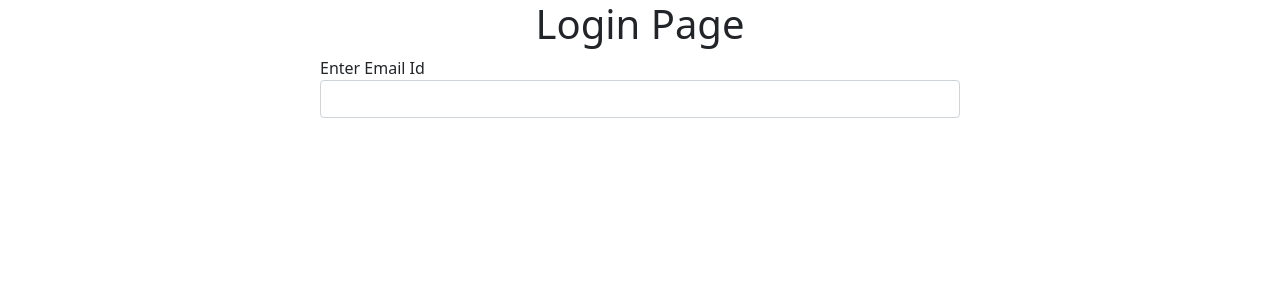
Repository: becoderpavy/servlet_tutorials
Page: 3_RequestDispatch_Example/src/main/webapp/login.html
These files come from the project's save history. The page is drawn as it stood at one moment and after the next save; the edit follows.
The browser window is 1280 px wide. The pictures show the whole page.

Above is the page before, as saved 2023-06-09 16:42:23.

### 3_RequestDispatch_Example/src/main/webapp/login.html
<!DOCTYPE html>
<html>
<head>
<meta charset="ISO-8859-1">
<title>Insert title here</title>
<link
	href="https://cdn.jsdelivr.net/npm/bootstrap@5.0.2/dist/css/bootstrap.min.css"
	rel="stylesheet"
	integrity="sha384-EVSTQN3/azprG1Anm3QDgpJLIm9Nao0Yz1ztcQTwFspd3yD65VohhpuuCOmLASjC"
	crossorigin="anonymous">
</head>
<body>
	<h1 class="text-center">Login Page</h1>
	<div class=" col-md-6 offset-md-3">
		<form>
			<label>Enter Email Id</label> <input type="text" name="email"
				class="form-control">
		</form>

	</div>
</body>
</html>

After the next save:
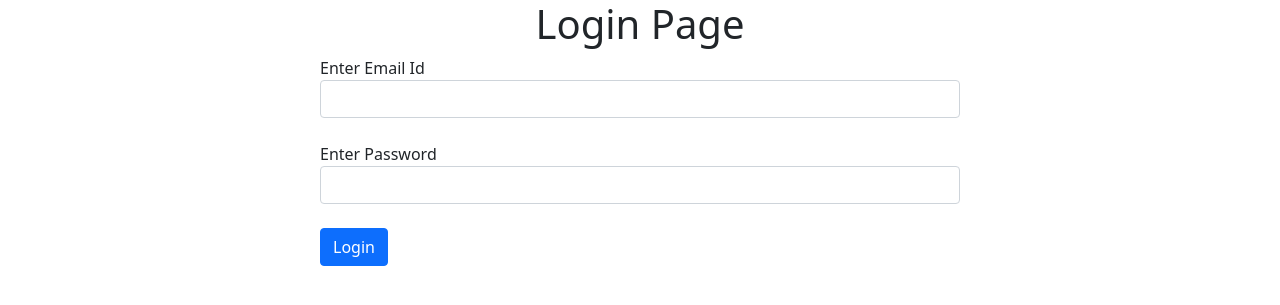
Saved 62 s later.
--- a/3_RequestDispatch_Example/src/main/webapp/login.html
+++ b/3_RequestDispatch_Example/src/main/webapp/login.html
@@ -13,8 +13,15 @@
 	<h1 class="text-center">Login Page</h1>
 	<div class=" col-md-6 offset-md-3">
 		<form>
-			<label>Enter Email Id</label> <input type="text" name="email"
-				class="form-control">
+			<label>Enter Email Id</label>
+			<input type="text" name="email" class="form-control">
+
+			<br>
+
+				 <label>Enter Password</label>
+				<input type="text" name="password" class="form-control"> <br>
+
+				<button class="btn btn-primary">Login</button>
 		</form>
 
 	</div>
